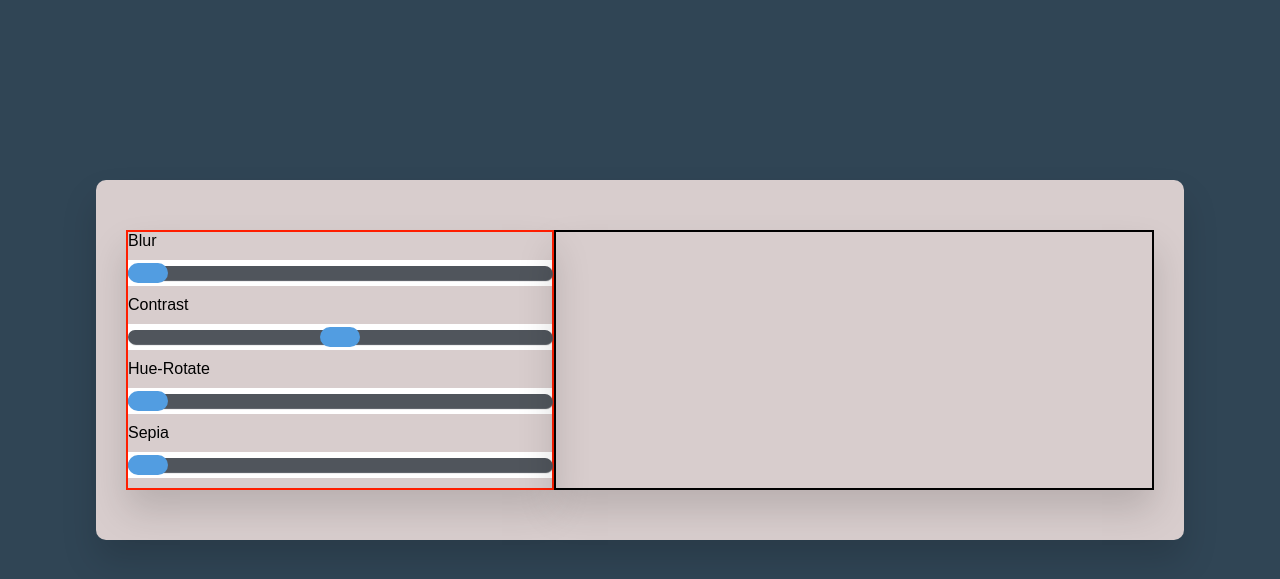
Repository: Larrowo/Challenges
Page: Photo filter/index.html
An editor plug-in stored every save of this project. The page is shown before and after the next save, followed by the edit.
The browser window is 1280 px wide. The pictures show the whole page.

Above is the page before, as saved 2022-04-01 12:31:52.

### Photo filter/index.html
<!DOCTYPE html>
<html lang="en">
<head>
    <meta charset="UTF-8">
    <meta http-equiv="X-UA-Compatible" content="IE=edge">
    <meta name="viewport" content="width=device-width, initial-scale=1.0">
    <link rel="stylesheet" href="style.css">
    <script src="script.js" defer></script>
    <title>Document</title>
</head>
<body>
    <div class="wrapper">
        <div class="editor">
            <div class="filter">
                <label for="blur">Blur</label>
                <input type="range" min="0" max="5" value="0" step="0.1" id="blur">
            </div>
            <div class="filter">
                <label for="contrast">Contrast</label>
                <input type="range" min="0" max="200" value="100"  id="Contrast">
            </div>
            <div class="filter">
                <label for="Hue-rotate">Hue-Rotate</label>
                <input type="range" min="0" max="360" value="0"  id="Hue-rotate">
            </div>
            <div class="filter">
                <label for="Sepia">Sepia</label>
                <input type="range" min="0" max="100" value="0"  id="Sepia">
            </div>

        </div>
        <div class="results">

        </div>
    </div>
</body>
</html>

### Photo filter/style.css
*{
    padding: 0;
    margin: 0;
    box-sizing: border-box;
    font-family: "Rubik",sans-serif;
}

body{
    background-color: #304555;
}

 .wrapper{
     width: 85vw;
     padding: 50px 30px;
     background-color: #d8cdcd;
     position: absolute;
     transform: translate(-50%,-50%);
     top: 50%;
     left: 50%;
     border-radius: 10px;
     box-shadow: 0 20px 35px rgba(0,0,0,0.15);
     display: grid;
     grid-template-columns: 5fr 7fr;
 }

 .editor{
     border: 2px solid rgb(255, 30, 0);
     box-shadow: 0 20px 35px rgba(0,0,0,0.15);
     min-height: 35vmin;
     display: flex;
     flex-direction: column;
 }

 .results{
     border: 2px solid rgb(0, 0, 0);
     box-shadow: 0 20px 35px rgba(0,0,0,0.15);
 }

 /*Todo lo que está debajo fue descaradamente robado*/

 input[type=range] {
    height: 26px;
    -webkit-appearance: none;
    margin: 10px 0;
    width: 100%;
  }
  input[type=range]:focus {
    outline: none;
  }
  input[type=range]::-webkit-slider-runnable-track {
    width: 100%;
    height: 14px;
    cursor: pointer;
    animate: 0.2s;
    box-shadow: 1px 1px 1px #50555C;
    background: #50555C;
    border-radius: 14px;
    border: 0px solid #000000;
  }
  input[type=range]::-webkit-slider-thumb {
    box-shadow: 0px 0px 0px #000000;
    border: 0px solid #000000;
    height: 20px;
    width: 40px;
    border-radius: 12px;
    background: #529DE1;
    cursor: pointer;
    -webkit-appearance: none;
    margin-top: -3px;
  }
  input[type=range]:focus::-webkit-slider-runnable-track {
    background: #50555C;
  }
  input[type=range]::-moz-range-track {
    width: 100%;
    height: 14px;
    cursor: pointer;
    animate: 0.2s;
    box-shadow: 1px 1px 1px #50555C;
    background: #50555C;
    border-radius: 14px;
    border: 0px solid #000000;
  }
  input[type=range]::-moz-range-thumb {
    box-shadow: 0px 0px 0px #000000;
    border: 0px solid #000000;
    height: 20px;
    width: 40px;
    border-radius: 12px;
    background: #529DE1;
    cursor: pointer;
  }
  input[type=range]::-ms-track {
    width: 100%;
    height: 14px;
    cursor: pointer;
    animate: 0.2s;
    background: transparent;
    border-color: transparent;
    color: transparent;
  }
  input[type=range]::-ms-fill-lower {
    background: #50555C;
    border: 0px solid #000000;
    border-radius: 28px;
    box-shadow: 1px 1px 1px #50555C;
  }
  input[type=range]::-ms-fill-upper {
    background: #50555C;
    border: 0px solid #000000;
    border-radius: 28px;
    box-shadow: 1px 1px 1px #50555C;
  }
  input[type=range]::-ms-thumb {
    margin-top: 1px;
    box-shadow: 0px 0px 0px #000000;
    border: 0px solid #000000;
    height: 20px;
    width: 40px;
    border-radius: 12px;
    background: #529DE1;
    cursor: pointer;
  }
  input[type=range]:focus::-ms-fill-lower {
    background: #50555C;
  }
  input[type=range]:focus::-ms-fill-upper {
    background: #50555C;
  }

Loaded but not shown: Photo filter/script.js (no copy from this time; the picture is the same without it)

After the next save:
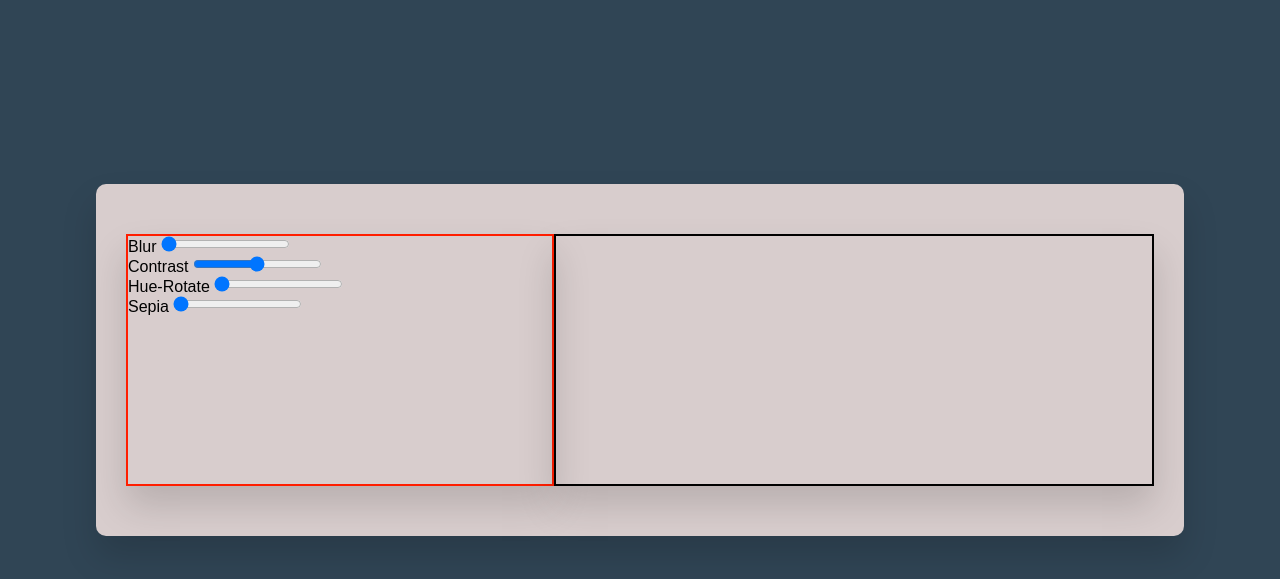
Saved 4 min 24 s later.
--- a/Photo filter/style.css
+++ b/Photo filter/style.css
@@ -38,92 +38,5 @@
 
  /*Todo lo que está debajo fue descaradamente robado*/
 
- input[type=range] {
-    height: 26px;
-    -webkit-appearance: none;
-    margin: 10px 0;
-    width: 100%;
+
   }
-  input[type=range]:focus {
-    outline: none;
-  }
-  input[type=range]::-webkit-slider-runnable-track {
-    width: 100%;
-    height: 14px;
-    cursor: pointer;
-    animate: 0.2s;
-    box-shadow: 1px 1px 1px #50555C;
-    background: #50555C;
-    border-radius: 14px;
-    border: 0px solid #000000;
-  }
-  input[type=range]::-webkit-slider-thumb {
-    box-shadow: 0px 0px 0px #000000;
-    border: 0px solid #000000;
-    height: 20px;
-    width: 40px;
-    border-radius: 12px;
-    background: #529DE1;
-    cursor: pointer;
-    -webkit-appearance: none;
-    margin-top: -3px;
-  }
-  input[type=range]:focus::-webkit-slider-runnable-track {
-    background: #50555C;
-  }
-  input[type=range]::-moz-range-track {
-    width: 100%;
-    height: 14px;
-    cursor: pointer;
-    animate: 0.2s;
-    box-shadow: 1px 1px 1px #50555C;
-    background: #50555C;
-    border-radius: 14px;
-    border: 0px solid #000000;
-  }
-  input[type=range]::-moz-range-thumb {
-    box-shadow: 0px 0px 0px #000000;
-    border: 0px solid #000000;
-    height: 20px;
-    width: 40px;
-    border-radius: 12px;
-    background: #529DE1;
-    cursor: pointer;
-  }
-  input[type=range]::-ms-track {
-    width: 100%;
-    height: 14px;
-    cursor: pointer;
-    animate: 0.2s;
-    background: transparent;
-    border-color: transparent;
-    color: transparent;
-  }
-  input[type=range]::-ms-fill-lower {
-    background: #50555C;
-    border: 0px solid #000000;
-    border-radius: 28px;
-    box-shadow: 1px 1px 1px #50555C;
-  }
-  input[type=range]::-ms-fill-upper {
-    background: #50555C;
-    border: 0px solid #000000;
-    border-radius: 28px;
-    box-shadow: 1px 1px 1px #50555C;
-  }
-  input[type=range]::-ms-thumb {
-    margin-top: 1px;
-    box-shadow: 0px 0px 0px #000000;
-    border: 0px solid #000000;
-    height: 20px;
-    width: 40px;
-    border-radius: 12px;
-    background: #529DE1;
-    cursor: pointer;
-  }
-  input[type=range]:focus::-ms-fill-lower {
-    background: #50555C;
-  }
-  input[type=range]:focus::-ms-fill-upper {
-    background: #50555C;
-  }

After the save that followed:
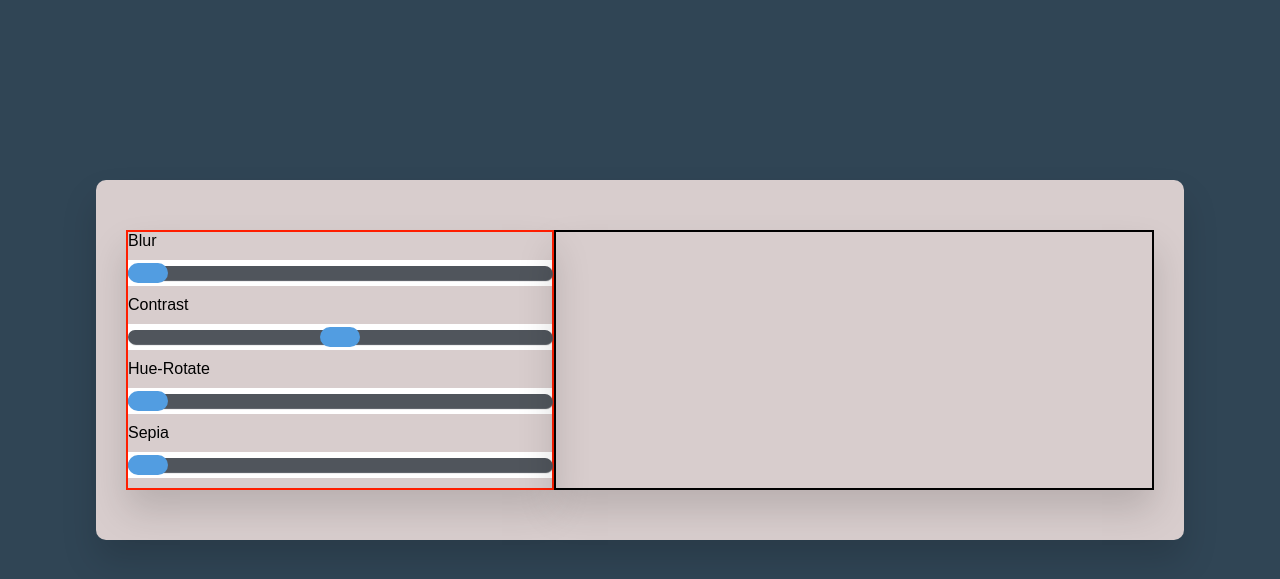
Saved 8 s later.
--- a/Photo filter/style.css
+++ b/Photo filter/style.css
@@ -38,5 +38,92 @@
 
  /*Todo lo que está debajo fue descaradamente robado*/
 
-
+ input[type=range] {
+    height: 26px;
+    -webkit-appearance: none;
+    margin: 10px 0;
+    width: 100%;
   }
+  input[type=range]:focus {
+    outline: none;
+  }
+  input[type=range]::-webkit-slider-runnable-track {
+    width: 100%;
+    height: 14px;
+    cursor: pointer;
+    animate: 0.2s;
+    box-shadow: 1px 1px 1px #50555C;
+    background: #50555C;
+    border-radius: 14px;
+    border: 0px solid #000000;
+  }
+  input[type=range]::-webkit-slider-thumb {
+    box-shadow: 0px 0px 0px #000000;
+    border: 0px solid #000000;
+    height: 20px;
+    width: 40px;
+    border-radius: 12px;
+    background: #529DE1;
+    cursor: pointer;
+    -webkit-appearance: none;
+    margin-top: -3px;
+  }
+  input[type=range]:focus::-webkit-slider-runnable-track {
+    background: #50555C;
+  }
+  input[type=range]::-moz-range-track {
+    width: 100%;
+    height: 14px;
+    cursor: pointer;
+    animate: 0.2s;
+    box-shadow: 1px 1px 1px #50555C;
+    background: #50555C;
+    border-radius: 14px;
+    border: 0px solid #000000;
+  }
+  input[type=range]::-moz-range-thumb {
+    box-shadow: 0px 0px 0px #000000;
+    border: 0px solid #000000;
+    height: 20px;
+    width: 40px;
+    border-radius: 12px;
+    background: #529DE1;
+    cursor: pointer;
+  }
+  input[type=range]::-ms-track {
+    width: 100%;
+    height: 14px;
+    cursor: pointer;
+    animate: 0.2s;
+    background: transparent;
+    border-color: transparent;
+    color: transparent;
+  }
+  input[type=range]::-ms-fill-lower {
+    background: #50555C;
+    border: 0px solid #000000;
+    border-radius: 28px;
+    box-shadow: 1px 1px 1px #50555C;
+  }
+  input[type=range]::-ms-fill-upper {
+    background: #50555C;
+    border: 0px solid #000000;
+    border-radius: 28px;
+    box-shadow: 1px 1px 1px #50555C;
+  }
+  input[type=range]::-ms-thumb {
+    margin-top: 1px;
+    box-shadow: 0px 0px 0px #000000;
+    border: 0px solid #000000;
+    height: 20px;
+    width: 40px;
+    border-radius: 12px;
+    background: #529DE1;
+    cursor: pointer;
+  }
+  input[type=range]:focus::-ms-fill-lower {
+    background: #50555C;
+  }
+  input[type=range]:focus::-ms-fill-upper {
+    background: #50555C;
+  }
